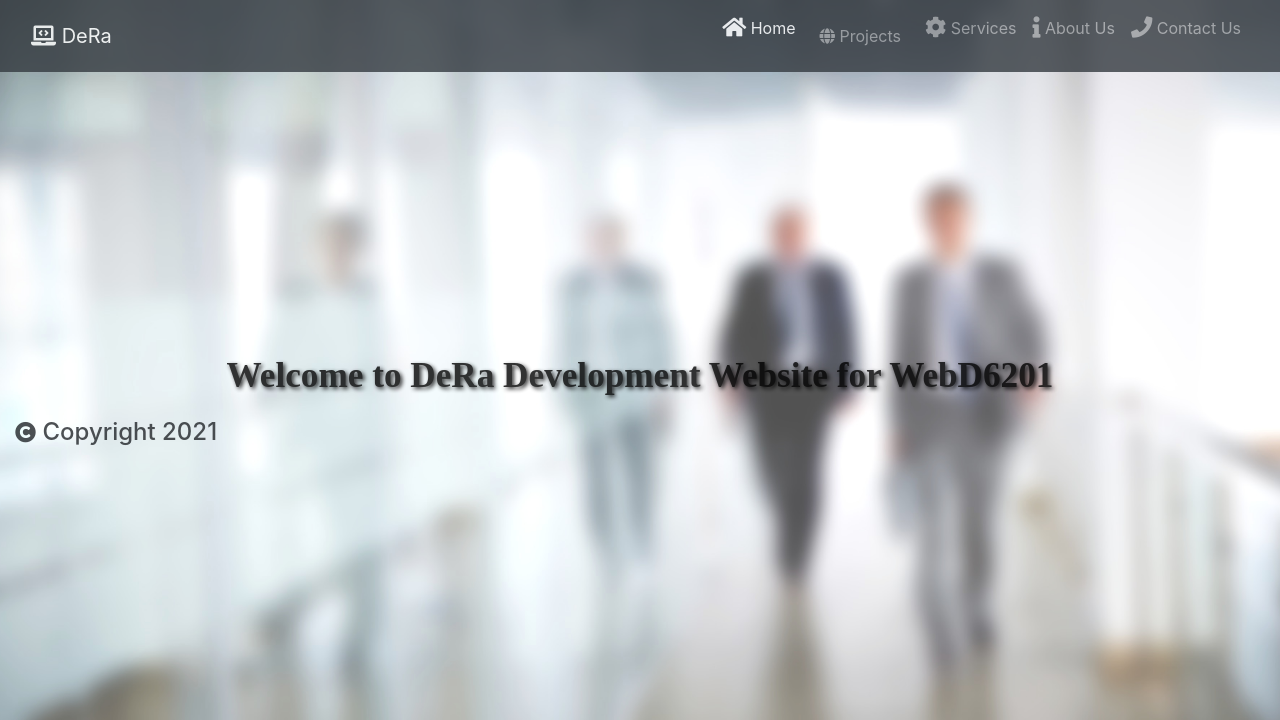
Repository: deividwsantoss/web6201-Lab1
Page: index.html
These files come from the project's save history. The page is drawn as it stood at one moment and after the next save; the edit follows.
The browser window is 1280 px wide. The pictures show the whole page.

Above is the page before, as saved 2021-02-04 09:39:01.
Console error: TypeError: Cannot set properties of null (setting 'innerHTML')

### index.html
<!DOCTYPE html>
<html lang="en">
<head>
    <meta charset="UTF-8">
    <meta name="viewport" content="width=device-width, initial-scale=1.0">
    <title>Home</title>
</head>
<!-- CSS SECTION-->
<link rel="stylesheet" href="./node_modules/bootstrap/dist/css/bootstrap.min.css">
<link rel="stylesheet" href="./node_modules/@fortawesome/fontawesome-free/css/all.min.css">
<link rel="stylesheet" href="./Content/app.css">

<body class="bg">
    <!-- Main Header-->
    <header>
        <!-- Main Navegation-->
        <nav class="navbar navbar-expand-lg navbar-dark bg-dark">
            <div class="container-fluid">
              <a class="navbar-brand" href="Index.html"><i class="fas fa-laptop-code"></i> DeRa</a>
              <button class="navbar-toggler" type="button" data-bs-toggle="collapse" data-bs-target="#navbarSupportedContent" aria-controls="navbarSupportedContent" aria-expanded="false" aria-label="Toggle navigation">
                <span class="navbar-toggler-icon"></span>
              </button>
              <div class="collapse navbar-collapse" id="navbarSupportedContent">
                <ul class="navbar-nav ml-auto mb-2 mb-lg-0">
                  <li class="nav-item">
                    <a class="nav-link active" aria-current="page" href="Index.html"><i class="fas fa-home fa-lg"></i> Home</a>
                  </li>
                  <li class="nav-item">
                    <a id="prod" class="nav-link" aria-current="page" href="products.html"><i class="fas fa-globe" name="prod"></i> Products</a>
                  </li>
                  <li class="nav-item">
                    <a class="nav-link" aria-current="page" href="services.html"><i class="fas fa-cog fa-lg"></i> Services</a>
                  </li>
                  <li class="nav-item">
                    <a id="aboutId" class="nav-link" aria-current="page" href="about.html"><i class="fas fa-info fa-lg"></i> About Us</a>
                  </li>
                  <li class="nav-item">
                    <a class="nav-link" aria-current="page" href="contact.html"><i class="fas fa-phone fa-lg"></i> Contact Us</a>
                  </li>

                </ul>

              </div>
            </div>
          </nav>

    </header>

    <!-- Main Content-->
        <main class="container">
          <div class="text-md-center">

              <p id="paragraphOne"> </p>

          </div>
        </main>


        <!-- Main Footer-->
        <footer >
          <div id="mainFooter">

          </div>

        </footer>

    <!--- Script Section-->
    <script src="./node_modules/jquery/dist/jquery.min.js"></script>
    <script src="./node_modules/bootstrap/dist/js/bootstrap.bundle.min.js"></script>
        <script src="./Scripts/app.js"></script>
</body>

</html>

### Content/app.css
/* Custom CSS goes here */

body,html{
    height: 100%;
    margin: 0;
}
.bg{
    background-image: url("Background-White.jpg");
    background-repeat: no-repeat;
    background-size: cover;
    background-position: center;
    opacity: 0.8;
}

.contactimage{
    background-image:url("contactimg.jpg");
    background-repeat: no-repeat;
    background-size: cover;
    background-position: center;
    opacity: 0.8;
}
.productsbg {
    background-image:url("productsbg.jpg");
    background-repeat: no-repeat;
    background-size: cover;
    background-position: center;
    opacity: 0.8;
}

.servicesbackgroud{
    background-image:url("services.jpg");
    background-repeat: repeat;
    background-size: cover;
    background-position: center;
    opacity: 0.8;
    height: 1000px;
}
.aboutus{
    background-image:url("bgimage.jpg");
    background-repeat: no-repeat;
    background-size: cover;
    background-position: center;
    opacity: 0.8;
}

#paragraphOne {
    color: black;
    font-size: 220%;
    margin-top: 25%;
    text-shadow: 2px 2px 4px #000;
    font-family: cursive;
    font-weight: bold;

}
h1{
    margin-top: 2%;
}

#custompg{
    width: 400px;

}

#projectsImg{
    width: 150px;
    margin-top: 10%;
}

#pic{
    width:310px; /* you can use % */
    height: auto;
}

#aboutmain{
    margin-top: 100px;
}
#dlParagraph{
    margin-top: 10%;
    margin-top: 10%;
    font-size: large;
    font-weight: bold;
}
#scotiaParagraph{
    margin-top: 10%;
    font-size: large;
    font-weight: bold;
}

### Scripts/app.js
/* Custom JavaScript goes here */


"use strict";

(function(){


    function addFooter(){
        //criando footer

        const body = document.body;
        let mainContent = document.getElementsByTagName("main")[0];
        let footerLocation = document.getElementById("mainFooter")[0];
        let footerNav = document.createElement('nav');


        footerNav.innerHTML = `<div class="container-fluid">
        <h4 ><i class="fas fa-copyright fa-sm"></i> Copyright 2021 </h4>
        </div>`;

        body.appendChild(footerNav);

    }

    function Projects(){
        let productsElement = document.getElementById("prod");
        let prod = `<a id="prod" class="nav-link" aria-current="page" href="products.html"><i class="fas fa-globe" name="prod"></i> Projects</a>`;


        productsElement.innerHTML = prod;

        let prodNameElement = document.getElementById("prodName");
        let projectName = `<h1 id="prodName" class="text-center">Our Projects</h1>`

        prodNameElement.innerHTML = projectName;
    }
    function displayHome(){
        let paragraphOneText = "Welcome to DeRa Development Website for WebD6201";
        let paragraphOneElement = document.getElementById("paragraphOne");

        paragraphOneElement.textContent = paragraphOneText;
        paragraphOneElement.className = "fs-6 ";
    }
    function displayAbout(){

    }
    function displayProducts(){

        //deloitte
        let dlText = "DeRa is proud for leading the main developing project for DL."
        let dlElement = document.getElementById("dlParagraph");

        dlElement.textContent = dlText;

        let scotiaText = "Another Big company we are proud to have worked with"
        let scotiaElement = document.getElementById("scotiaParagraph");

        scotiaElement.textContent = scotiaText;

    }
    function displayServices(){

        //intro text
        let servicesIntroText = "DeRa Development can provide you the best customized solution for you";
        let servicesIntroElement = document.getElementById("serviceIntro");
        servicesIntroElement.textContent = servicesIntroText;

        // custom dev text
        let customParagraphText = "DeRa Development have been delivering successful custom programs to our clients since the date we were born. \nSince DeRa was born we have seen a rapid change in website technology which we were always able to adapt";
        let customParagraphElement = document.getElementById("customParagraph");

        customParagraphElement.textContent = customParagraphText;

        //mobile text
        mobileParagraphText = "We have the knowledge and skills to provide you the best quality solution for any kind of device. \nMobile development is one of our strengths."
        mobileParagraphElement = document.getElementById("mobileParagraph");

        mobileParagraphElement.textContent = mobileParagraphText;

        //design paragraph
        let webDesignParagraphText = "Our Web Design is awesome";
        let webDesignParagraphElement = document.getElementById("weDesignParagraph");
        webDesignParagraphElement.textContent = webDesignParagraphText;
    }
    function displayContact(){

        let messageArea = document.getElementById("messageArea");
        messageArea.hidden = true;

        //Form Validation...

        let fullName = document.getElementById("fullName");
        fullName.addEventListener("blur", function(){
            if(fullName.value.length < 2){
                fullName.focus;
                fullName.select();
                messageArea.hidden = false;
                messageArea.className = "alert alert-danger";
                messageArea.textContent = "Please, Enter an appropriate name."
            }
            else{
                messageArea.removeAttribute("Class");
                messageArea.hidden = true;
            }
        });

        //validating number
        let contactNumber = document.getElementById("contactNumber");
        contactNumber.addEventListener("blur", function(){

            if(contactNumber.value.length < 10 || contactNumber.value.length > 10 )
            {
                contactNumber.focus;
                contactNumber.select();
                messageArea.hidden = false;
                messageArea.className = "alert alert-danger";
                messageArea.textContent = "Please, Insert a valid Number";
            }
            else {
                messageArea.removeAttribute("Class");
                messageArea.hidden = true;
            }

        });

        // Validating short text
        let shortMessage = document.getElementById("shortMessage");
        shortMessage.addEventListener("blur", function(){

            if(shortMessage.value.length > 50){
                shortMessage.focus;
                shortMessage.select();
                messageArea.hidden = false;
                messageArea.className = "alert alert-danger";
                messageArea.textContent = "Maximum characters allowed (50)";
            }
            else{
                messageArea.removeAttribute("Class");
                messageArea.hidden = true;
            }
        });

        let sendButton = document.getElementById("sendButton");
        sendButton.addEventListener("click", function(event){
            event.preventDefault();
        });
        document.getElementById("sendButton").onclick = function (){
            location.href = "index.html"
        };

    }


    function Start(){
        console.log("App Start...");

        switch (document.title) {

            case 'Home':
                displayHome();
                break;
            case 'About':
                displayAbout();
                break;
            case 'Products':
                displayProducts();
                break;
            case 'Services':
                displayServices();
                break;
            case 'Contact':
                displayContact();
                break;

        }


    }
    window.addEventListener("load",addFooter);
    window.addEventListener("load",Projects);
    window.addEventListener("load",Start);

})();

Loaded but not shown: node_modules/bootstrap/dist/css/bootstrap.min.css (library); node_modules/@fortawesome/fontawesome-free/css/all.min.css (library); node_modules/jquery/dist/jquery.min.js (library); node_modules/bootstrap/dist/js/bootstrap.bundle.min.js (library)

After the next save:
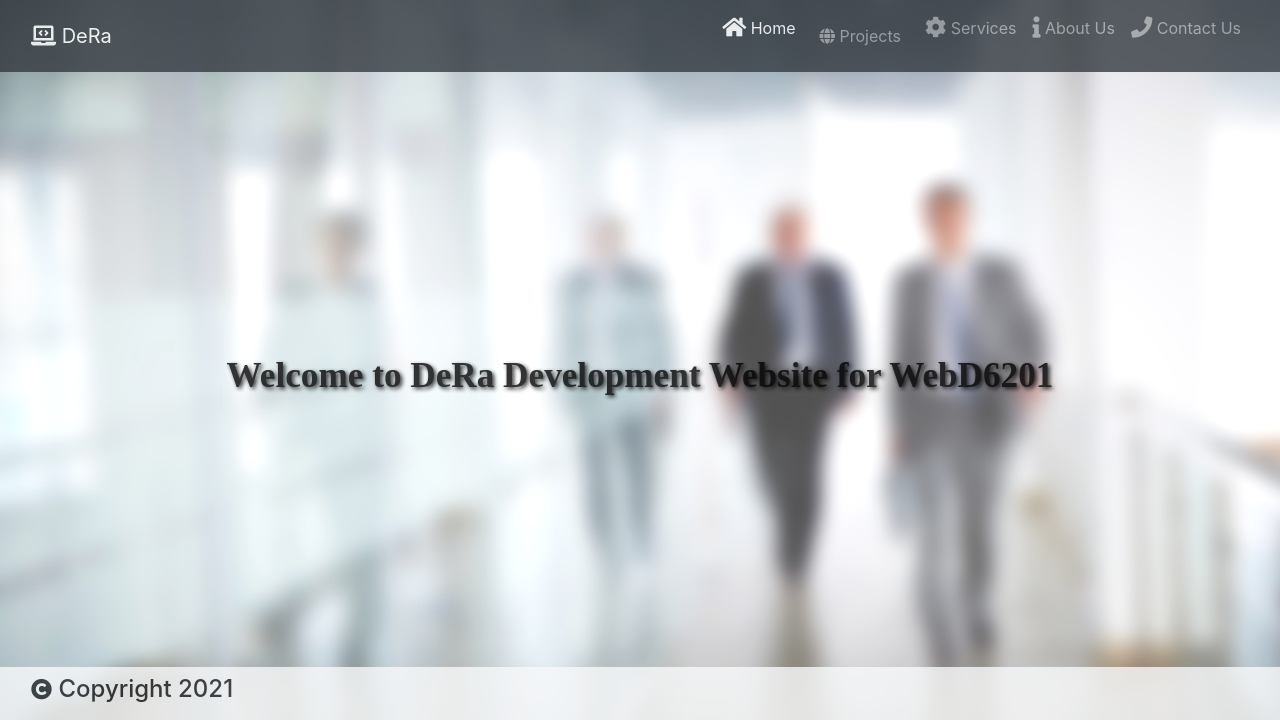
Saved 80 s later.
--- a/Scripts/app.js
+++ b/Scripts/app.js
@@ -12,12 +12,14 @@
         const body = document.body;
         let mainContent = document.getElementsByTagName("main")[0];
         let footerLocation = document.getElementById("mainFooter")[0];
-        let footerNav = document.createElement('nav');
+        let footerNav = document.createElement('footer');
 
 
-        footerNav.innerHTML = `<div class="container-fluid">
-        <h4 ><i class="fas fa-copyright fa-sm"></i> Copyright 2021 </h4>
-        </div>`;
+        footerNav.innerHTML = `<nav class="navbar fixed-bottom navbar-light bg-light">
+        <div class="container-fluid">
+          <h4 ><i class="fas fa-copyright fa-sm"></i> Copyright 2021 </h4>
+      </div>
+        </nav>`
 
         body.appendChild(footerNav);
 

After the save that followed:
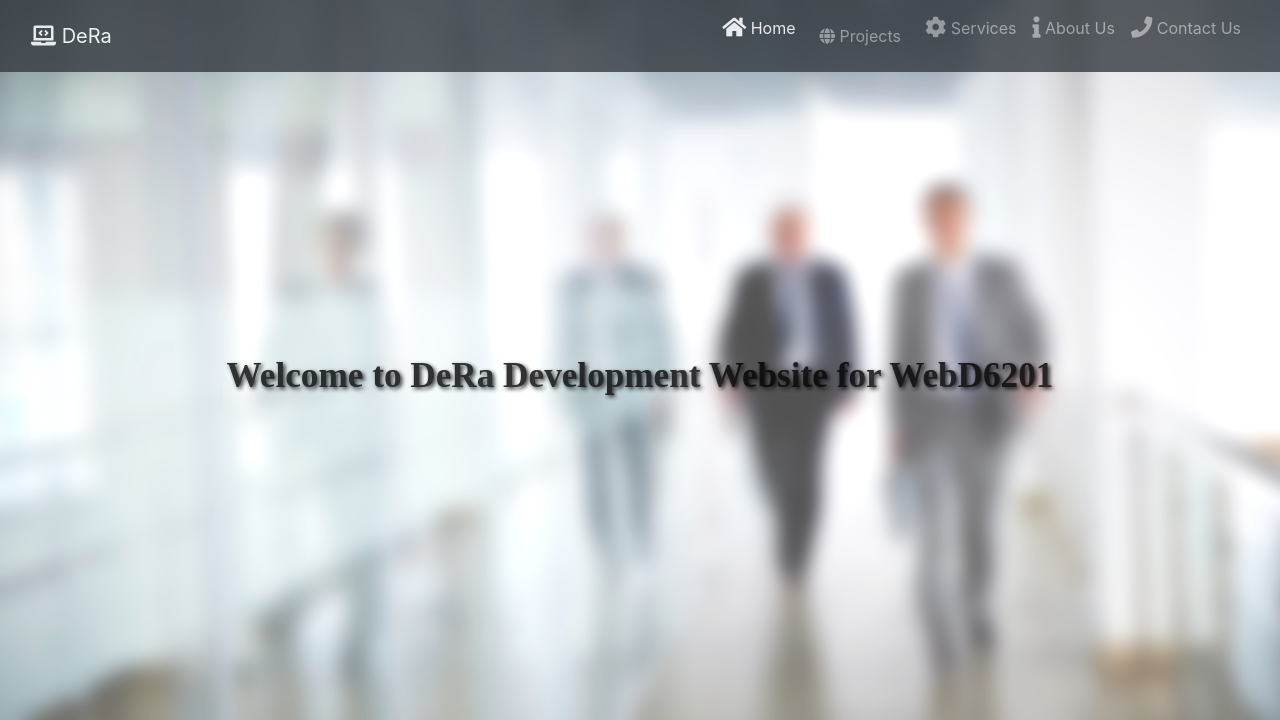
Console error: TypeError: Cannot read properties of null (reading '0')
Saved 54 s later.
--- a/index.html
+++ b/index.html
@@ -57,12 +57,7 @@
 
 
         <!-- Main Footer-->
-        <footer >
-          <div id="mainFooter">
 
-          </div>
-
-        </footer>
 
     <!--- Script Section-->
     <script src="./node_modules/jquery/dist/jquery.min.js"></script>
